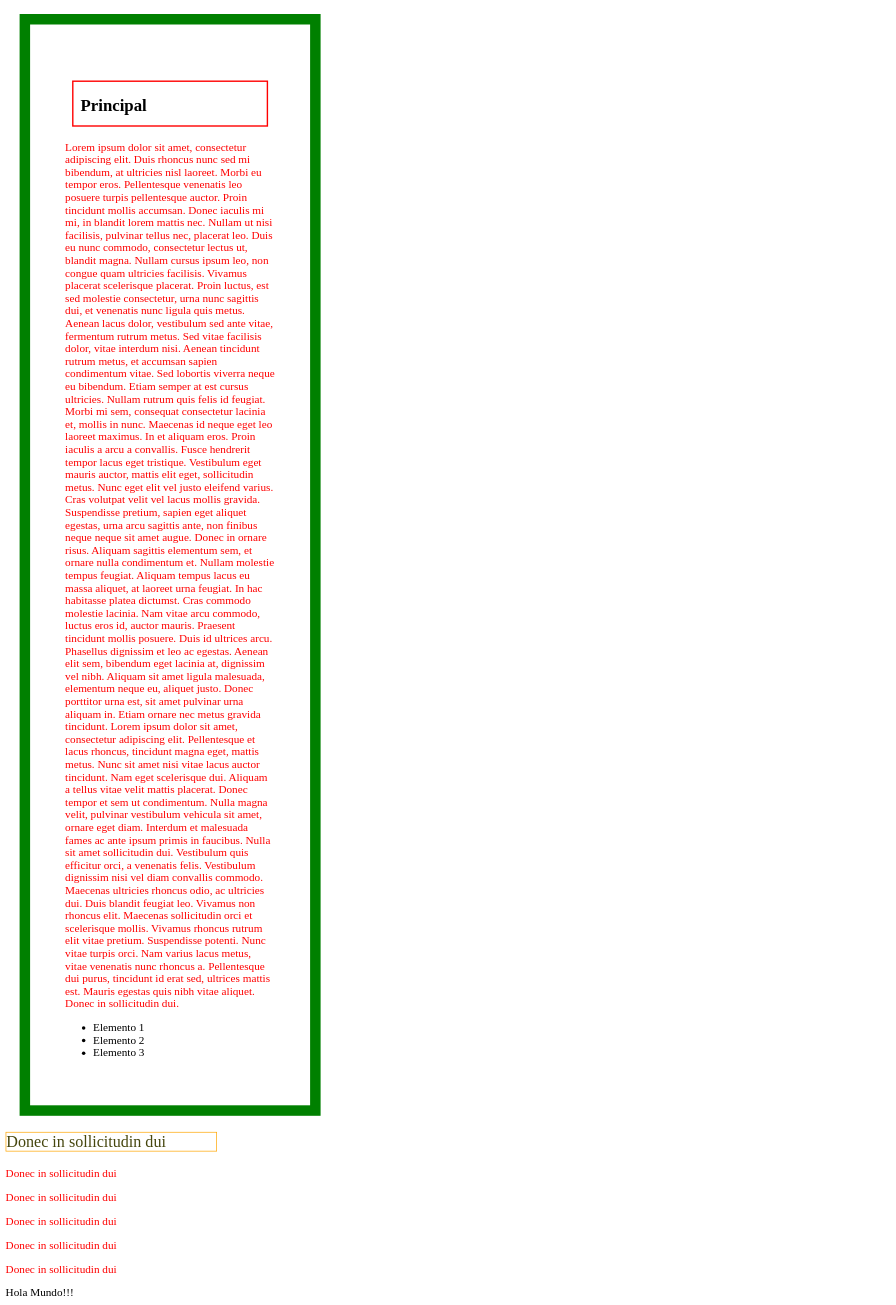
Repository: PabloSebastianPorto/Entrega-CV-1-ARG-PROG
Page: css.html
These files come from the project's save history. The page is drawn as it stood at one moment and after the next save; the edit follows.
The browser window is 1280 px wide. The pictures show the whole page, at 70% of full size.

Above is the page before, as saved 2023-01-18 10:33:13.

After the next save:
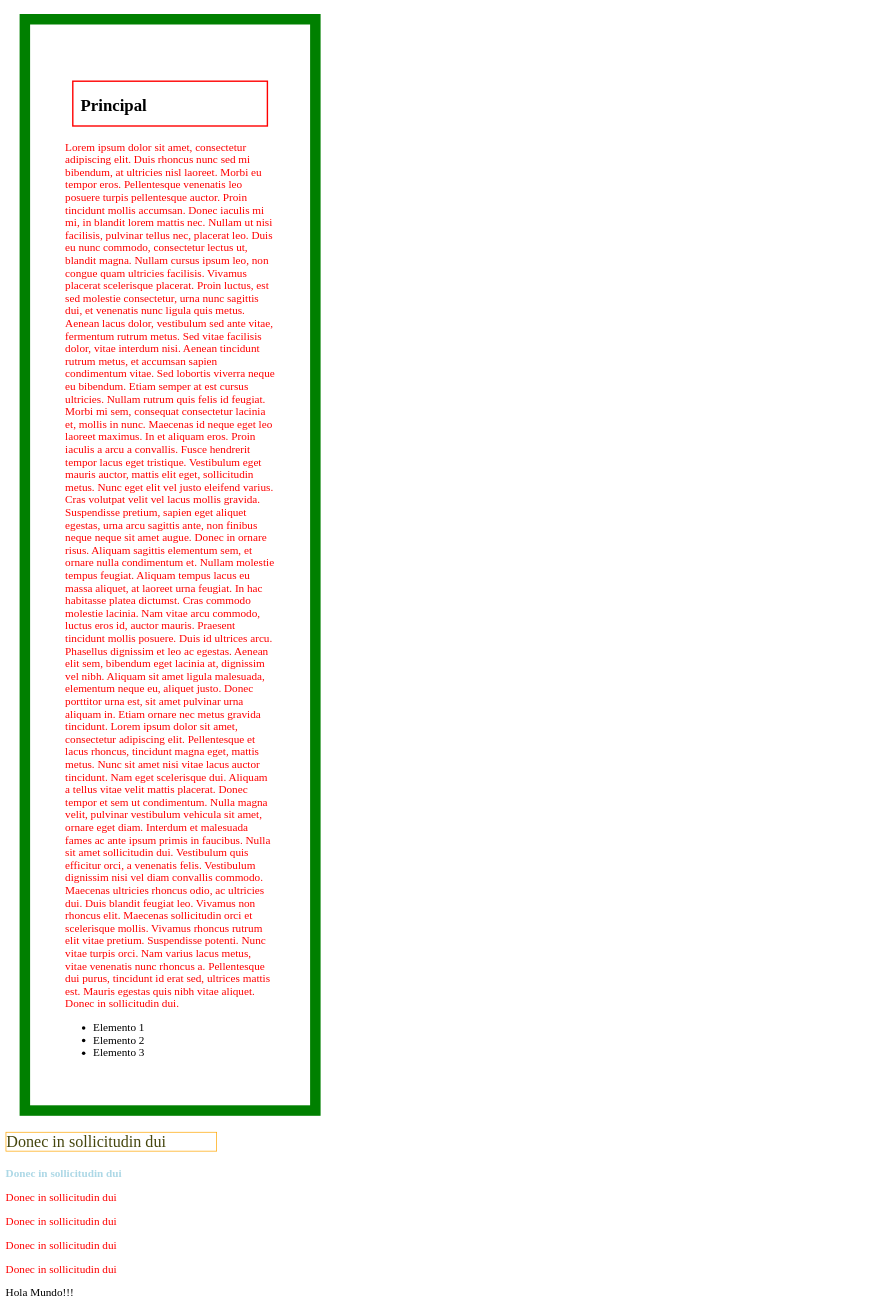
Saved 103 s later.
--- a/css.html
+++ b/css.html
@@ -63,7 +63,7 @@
       </ul>
     </section>
     <p id="mi_parrafo">Donec in sollicitudin dui</p>
-    <p>Donec in sollicitudin dui</p>
+    <p class="estaesmiclase">Donec in sollicitudin dui</p>
     <p>Donec in sollicitudin dui</p>
     <p>Donec in sollicitudin dui</p>
     <p>Donec in sollicitudin dui</p>
